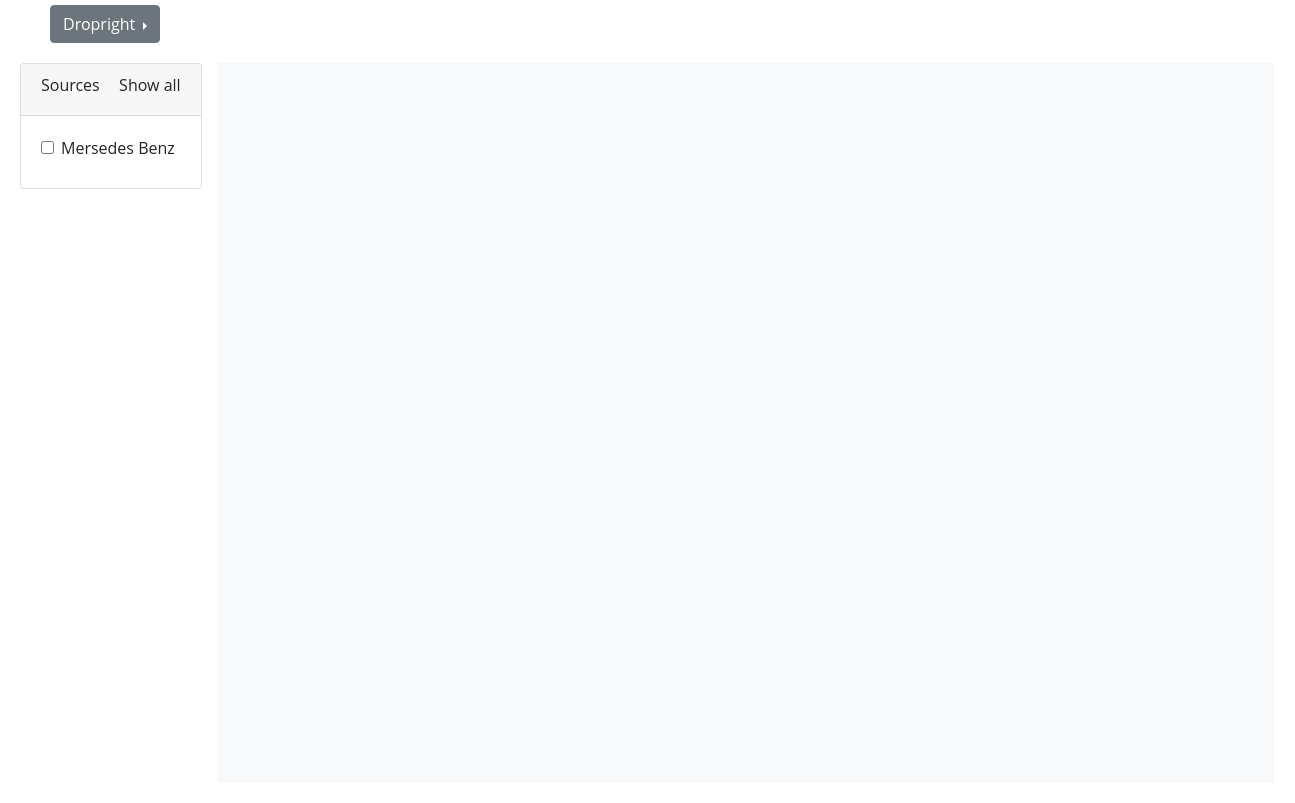
Repository: tts2610/GoogleNews
Page: index.html
The author's editor kept a copy of each file at every save. The page is drawn from the files as they stood at one save, then again after the next save.
The browser window is 1280 px wide. The page is 1295 px wide, so the pictures cover 1295 px, including what lies to the right of the window. The pictures show the whole page.
The page's requests for data from a server got no answer. Some web libraries are served in a nearby version.

Above is the page before, as saved 2020-05-21 01:24:15.

After the next save:
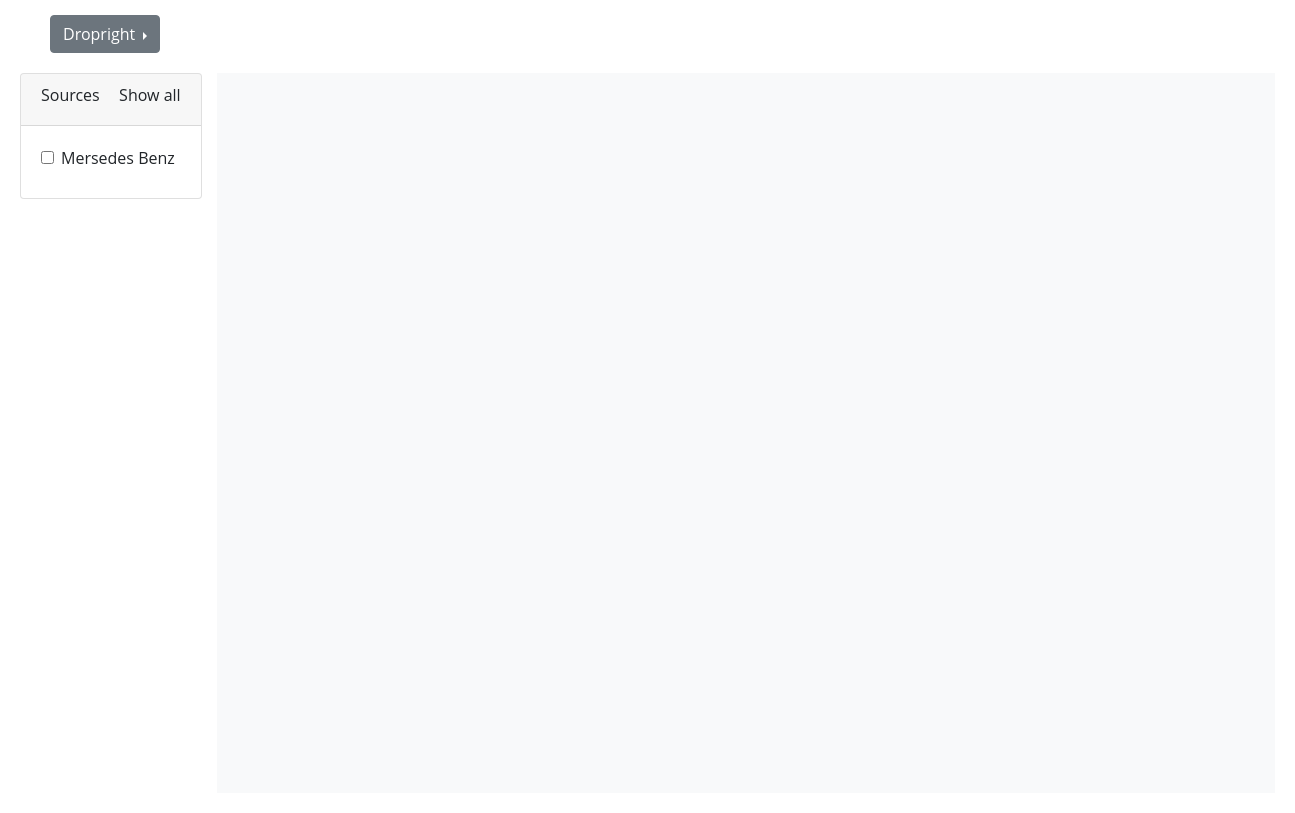
Saved 4 s later.
--- a/index.html
+++ b/index.html
@@ -25,7 +25,7 @@
 
 <body>
     <div class="myContainer">
-        <div class="btn-group dropright" style="margin-left: -450px; margin-top: 5px;">
+        <div class="btn-group dropright" style="margin-left: -450px; margin-top: 15px;">
             <button type="button" class="btn btn-secondary dropdown-toggle" data-toggle="dropdown" aria-haspopup="true" aria-expanded="false">
               Dropright
             </button>
